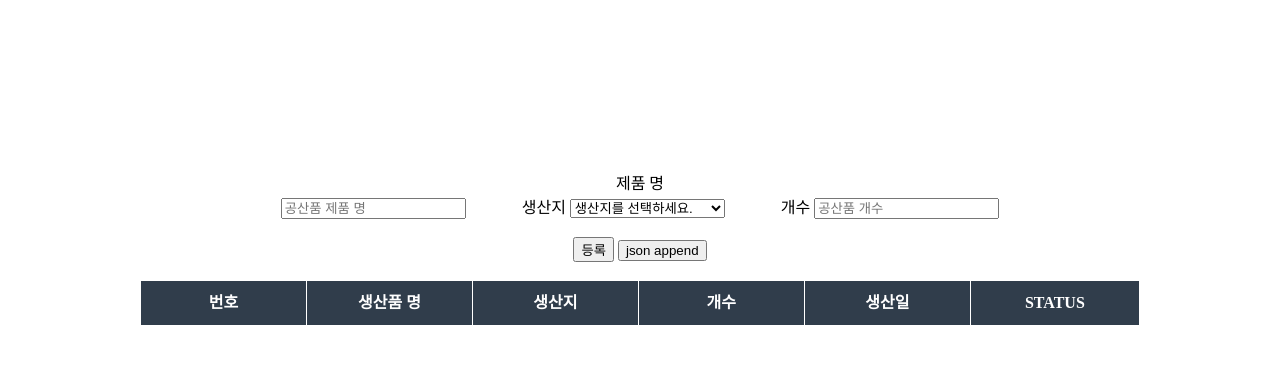
Repository: charmingjae/swproject
Page: http://localhost/board_project/product.jsp
These files come from the project's save history. The page is drawn as it stood at one moment and after the next save; the edit follows.
The browser window is 1280 px wide. The pictures show the whole page.
Some web libraries are served in a nearby version. The page is served by Tomcat 9. Queries for data that is not in the repository find no rows.

Above is the page before, as saved 2019-10-15 11:22:53.

After the next save:
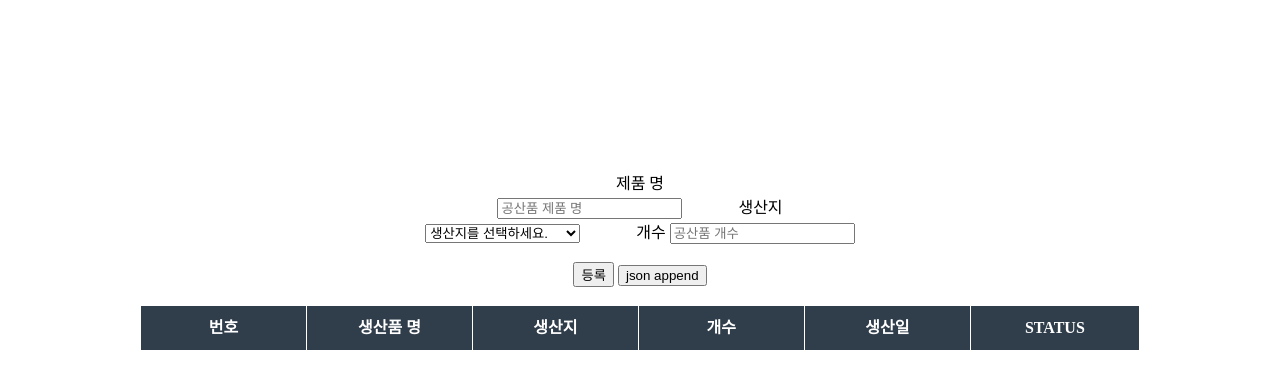
Saved 14 s later.
--- a/board_project/board_project/WebContent/product.jsp
+++ b/board_project/board_project/WebContent/product.jsp
@@ -215,7 +215,7 @@ function statusChg(){
 											<option value="YEEZY BOOST">YEEZY BOOST</option>
 									</datalist>
 								&emsp;&emsp;&emsp;
-								<label>생산지 </label>
+								<label>생산지 </label><br />
 							 	<!-- <input autocomplete=off name="proloc" placeholder="생산지" /> -->
 									<select id="prodloc" name="proloc" size=1">
 										<optgroup label="ASIA">
